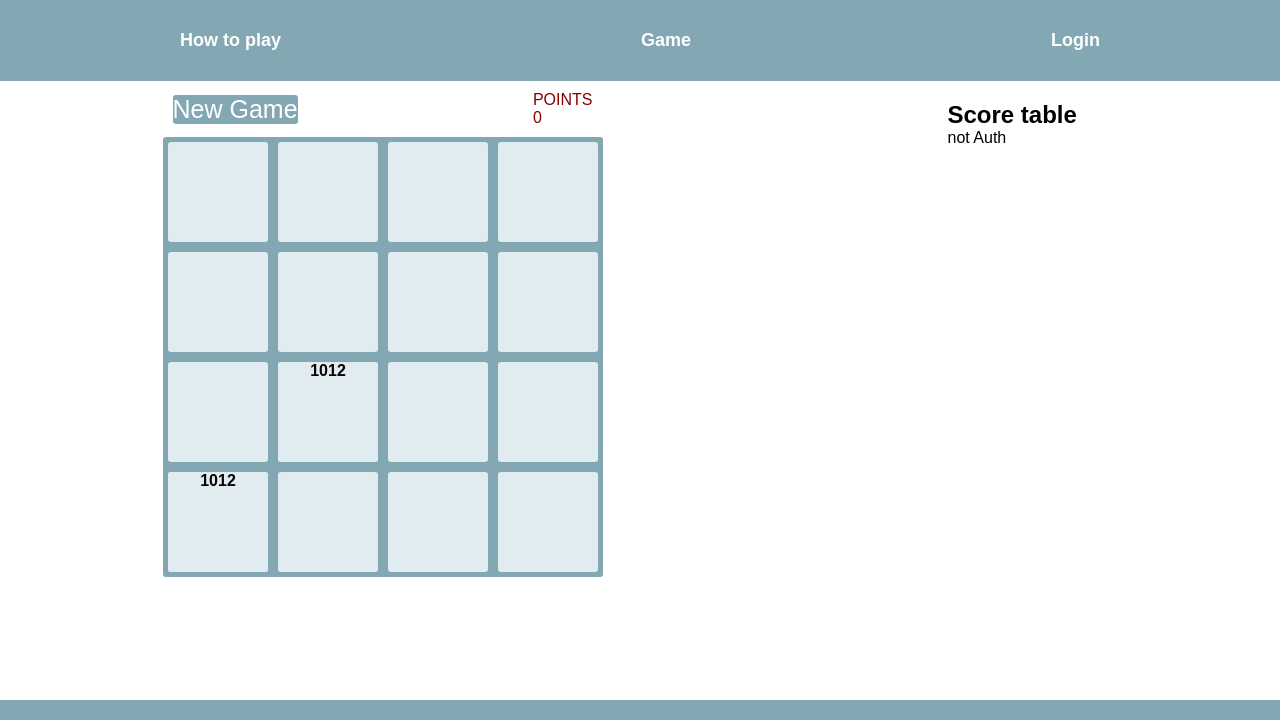
Repository: nika-otter/2048
Page: / (app in client/)
The author's editor kept a copy of each file at every save. The page is drawn from the files as they stood at one save, then again after the next save.
The browser window is 1280 px wide. The pictures show the whole page.
The project was rebuilt for these pictures with package versions that can differ from the ones it lists, and the page was loaded fresh each time. Also part of the build but not shown: client/src/components/Login/LoginForm.js, client/src/pages/account/index.jsx, client/src/components/Game/GameOverlay.jsx, client/src/components/InstructionPage/InstructionPage.module.scss, client/src/components/HowToPlay/howtoplay.module.scss, client/src/components/HowToPlay/howtoplay.jsx, client/src/components/InstructionPage/InstructionPage.jsx, client/src/pages/Instruction/index.jsx and 4 more.

Above is the page before, as saved 2023-05-01 16:52:51.

### client/src/index.js
import React from "react";
import ReactDOM from "react-dom/client";
import "./index.css";
import App from "./App";
import { BrowserRouter } from "react-router-dom";
import Store from "./store/store";

const store = new Store();

export const Context = React.createContext({
  store,
});

const root = ReactDOM.createRoot(document.getElementById("root"));
root.render(
  <Context.Provider value={{ store }}>
    <BrowserRouter>
      <App />
    </BrowserRouter>
  </Context.Provider>
);

### client/src/index.css
* {
  box-sizing: border-box;
  margin: 0;
  padding: 0;
}
#root {
  width: 100vw;
  height: 100%;
}

body {
  /* background-color: #ffffff;
  display: flex;
  justify-content: center;
  align-items: center;*/
  /* height: 100vh; */
  height: 100%;
}
html {
  height: 100%;
}
code {
  font-family: source-code-pro, Menlo, Monaco, Consolas, "Courier New",
    monospace;
}

### client/src/App.js
import { useContext, useEffect, useState } from "react";
import "./App.css";
import LoginForm from "./components/Login/LoginForm";
import AppRouter from "./router/AppRouter";
import { Context } from "./index";
import { observer } from "mobx-react-lite";
import UserService from "./services/UserService";
function App() {
  // const { store } = useContext(Context);
  // const [users, setUsers] = useState([]);
  // useEffect(() => {
  //   if (localStorage.getItem("token")) {
  //     // console.log(localStorage.getItem("token"));
  //     store.checkAuth();
  //   }
  // }, []);

  // if (store.isLoading) {
  //   return <div>Loading...</div>;
  // }
  // async function getUsers() {
  //   try {
  //     const response = await UserService.fetchUsers();
  //     setUsers(response.data);
  //     console.log(response);
  //     setUsers(response.data);
  //   } catch {}
  // }
  return (
    <div className="App">
      <AppRouter />
      {/* <h1>{store.isAuth ? `User: ${store.user.email}` : "Not Auth"}</h1>
      <h1>
        {" "}
        {store.user.isActivated ? `Activated` : "Go and activate your email"}
      </h1>
      <button onClick={() => store.logout()}>Logout</button>
      <button onClick={getUsers}>Get users</button>
      {users.map((user) => (
        <div key={user.email}>{user.email}</div>
      ))}      */}
      {/* <LoginForm /> */}
    </div>
  );
}

export default observer(App);

### client/src/store/store.js
import { makeAutoObservable } from "mobx";
import AuthService from "../services/AuthService";
import axios from "axios";
import { API_URL } from "../http";
import UserService from "../services/UserService";

export default class Store {
  user = {};
  isAuth = false;
  isLoading = false;
  scores = {};
  constructor() {
    makeAutoObservable(this);
  }
  setAuth(bool) {
    this.isAuth = bool;
  }
  setUser(user) {
    this.user = user;
  }

  setLoading(bool) {
    this.isLoading = bool;
  }

  setScores(scores) {
    this.scores = scores;
  }

  async login(email, password) {
    console.log("login");
    try {
      const response = await AuthService.login(email, password);
      console.log(response);
      localStorage.setItem("token", response.data.accessToken);
      this.setAuth(true);
      this.setUser(response.data.user);
      console.log(response.data.user);
    } catch (e) {
      console.log(e.response?.data?.message);
    }
  }

  async registration(email, password) {
    try {
      const response = await AuthService.registration(email, password);
      console.log(response);
      localStorage.setItem("token", response.data.accessToken);
      this.setAuth(true);
      this.setUser(response.data.user);
    } catch (e) {
      console.log(e.response?.data?.message);
    }
  }

  async logout() {
    try {
      const response = await AuthService.logout();
      console.log(response);
      localStorage.removeItem("token", response.data.accessToken);
      this.setAuth(false);
      this.setUser({});
    } catch (e) {
      console.log(e.response?.data?.message);
    }
  }

  async checkAuth() {
    console.log("checkAuth");
    this.setLoading(true);
    try {
      const response = await axios.get(`${API_URL}/refresh`, {
        withCredentials: true,
      });
      console.log(response, "response checkAuth");
      console.log(
        response.data.accessToken,
        "response.data.accessToken checkAuth"
      );
      localStorage.setItem("token", response.data.accessToken);

      this.setAuth(true);
      this.setUser(response.data.user);
    } catch (e) {
      console.log(e.response?.data?.message);
    } finally {
      this.setLoading(false);
    }
  }

  async saveScore(email, score) {
    try {
      const response = await UserService.updateScore(email, score);
      //   this.scores = response.data.user.scores;
      console.log(response.data.user.scores);
    } catch (e) {
      console.log(e.response?.data?.message);
    }
  }
  async getScores(email) {
    this.setLoading(true);
    try {
      const response = await UserService.getScores(email);
      console.log(response, "response getScores store");
      this.setScores(response.data.user.scores);
      //   console.log(response.data.user.scores);
    } catch (e) {
      console.log(e.response?.data?.message);
    } finally {
      // this.setLoading(false);
    }
  }
}

### client/src/App.css
.App {
  /* position: relative; */
  display: flex;
  flex-direction: column;
  height: 100%;
  /* background-color: rgb(188, 121, 39); */
}
/* main {
  flex: 1 0 auto;
} */

### client/src/router/AppRouter.jsx
import { Routes, Route } from "react-router-dom";
import Account from "../pages/Account";
import Game from "../pages/Game";
import Instruction from "../pages/Instruction";
import Login from "../pages/Login";

const AppRouter = () => {
  return (
    <Routes>
      {/* <Route path="/game" element={<Game />} /> */}
      {/* <Route path="/account" element={<Account />} /> */}
      <Route path="/how-to-play" element={<Instruction />} />
      <Route path="/" element={<Game />} />
      <Route path="/login" element={<Login />} />
    </Routes>
  );
};

export default AppRouter;

### client/src/services/UserService.js
import $api from "../http";
export default class UserService {
  static fetchUsers() {
    return $api.get("/users");
  }

  static updateScore(email, score) {
    return $api.post(`/score`, { email, score });
  }

  static async getScores(email) {
    return $api.post(`/scores`, { email });
  }
}

### client/src/services/AuthService.js
import $api from "../http";
export default class AuthService {
  static async login(email, password) {
    return $api.post("/login", { email, password });
  }
  static async registration(email, password) {
    return $api.post("/registration", { email, password });
  }
  static async logout() {
    return $api.post("/logout");
  }
}

### client/src/http/index.js
import axios from "axios";

export const API_URL = "http://localhost:5000/api";

const $api = axios.create({
  withCredentials: true,
  baseURL: API_URL,
});

$api.interceptors.request.use((config) => {
  config.headers.Authorization = `Bearer ${localStorage.getItem("token")}`;
  return config;
});

$api.interceptors.response.use(
  (config) => {
    return config;
  },
  async (error) => {
    const originalRequest = error.config;
    if (
      error.response.status === 401 &&
      error.config &&
      !error.config._isRetry
    ) {
      originalRequest._isRetry = true;
      try {
        const response = await axios.get(`${API_URL}/refresh`, {
          withCredentials: true,
        });
        console.log(response, "response http");
        localStorage.setItem("token", response.data.accessToken);
        return $api.request(originalRequest);
      } catch (e) {
        console.log(e);
        console.log("НЕ АВТОРИЗОВАН");
      }
    }
    throw error;
  }
);
export default $api;

### client/src/pages/Game/index.jsx
import Header from "../../components/Header/Header";
import Footer from "../../components/Footer/Footer";
import GamePage from "../../components/GamePage/GamePage";

function Game() {
  return (
    <>
      <Header />
      <GamePage />
      <Footer />
    </>
  );
}

export default Game;

### client/src/components/Footer/Footer.jsx
import classes from "./Footer.module.scss";

function Footer() {
  return <footer className={classes.footer}></footer>;
}

export default Footer;

### client/src/components/Header/Header.jsx
import { Link } from "react-router-dom";
import classes from "./Header.module.scss";

function Header() {
  return (
    <header className={classes.header}>
      <Link className={classes.link} to="/how-to-play">
        How to play
      </Link>
      <Link className={classes.link} to="/">
        Game
      </Link>
      <Link className={classes.link} to="/login">
        Login
      </Link>
    </header>
  );
}

export default Header;

### client/src/components/GamePage/GamePage.jsx
import { Link } from "react-router-dom";
import classes from "./GamePage.module.scss";
import ScoreTable from "../ScoreTable/ScoreTable";
import BoardView from "../Game/Board";
import { observer } from "mobx-react-lite";
import { useContext, useEffect } from "react";
import { Context } from "../..";

function GamePage() {
  return (
    <main className={classes.main}>
      <div className={classes.gamepage}>
        <BoardView />
        <ScoreTable />
      </div>
    </main>
  );
}

export default observer(GamePage);

### client/src/components/Footer/Footer.module.scss
.footer {
  flex: 0 0 auto;
  height: 20px;
  background-color: rgb(131, 168, 180);
  width: 100%;
}

### client/src/components/Header/Header.module.scss
.header {
  display: flex;
  justify-content: space-around;
  background-color: #83a8b4;
  width: 100%;
}
.link {
  color: white;
  text-decoration: none;
  font-size: large;
  margin-top: 20px;
  margin-bottom: 20px;
  padding: 10px;
  font-weight: bold;
  border-radius: 5px;
  &:hover {
    color: rgb(106, 134, 144);
    background-color: rgb(255, 255, 255);
  }
}

### client/src/components/GamePage/GamePage.module.scss
.gamepage {
  display: flex;
  justify-content: space-around;
  //   background-color: aquamarine;
}
.main {
  flex: 1 0 auto;
}

### client/src/components/ScoreTable/ScoreTable.jsx
import { useContext, useEffect, useState } from "react";
import classes from "./ScoreTable.module.scss";
import { Context } from "../..";
import UserService from "../../services/UserService";
import { observer } from "mobx-react-lite";

function ScoreTable() {
  // const { store } = useContext(Context);
  // const [scores, setScores] = useState([]);

  // useEffect(() => {
  //   if (localStorage.getItem("token")) {
  //     console.log(localStorage.getItem("token"), "token from login index.jsx");
  //     store.checkAuth();
  //     getScores(store.user.email);
  //   }
  //   console.log(store.user.email, "store.user.email in ScoreTable.jsx");
  // }, []);

  // const getScores = async (email) => {
  //   console.log(email, "email in ScoreTable.jsx");
  //   try {
  //     const response = await UserService.getScores(email);
  //     setScores(response.data.scores, "response from getScores ScoreTable.jsx");
  //     console.log(response);
  //   } catch {
  //     console.log("Error");
  //   }
  // };
  // console.log(scores, "store.user in ScoreTable.jsx");

  const { store } = useContext(Context);
  // const [scores, setScores] = useState([]);
  // console.log(store.user.scores, "store.user from login index.jsx");
  useEffect(() => {
    if (localStorage.getItem("token")) {
      console.log(localStorage.getItem("token"), "token from login index.jsx");
      store.checkAuth();
    }
    console.log(store.user.email, "store.user.email in ScoreTable.jsx");
    // getScores(store.user.email);
  }, [store]);

  // async function getScores(email) {
  //   console.log(email, "email from getScores");
  //   try {
  //     const response = await UserService.getScores(email);
  //     // setUsers(response.data);
  //     console.log(response, "response from getScores");
  //     // console.log(response.data.data.user.scores, "response.data.user.scores");
  //     // setScores(response.data.scores);
  //   } catch (e) {
  //     console.log(e, "Error");
  //   }
  // }
  if (store.isLoading) {
    console.log(store.isLoading, "store.isLoading");
    return <div className={classes.loading}>Loading...</div>;
  }
  return (
    <div className={classes.scoretable}>
      <h2>Score table</h2>
      {/* <button onClick={() => getScores(store.user.email)}>Get scores</button> */}
      {/* {store.isAuth ? (
        scores.map((score) => <div key={score}>{score}</div>)
      ) : (
        <div>loading</div>
      )} */}
      <ul>
        {store.isAuth ? (
          store.user.scores
            .map((score) => ({
              score,
              id: Math.random(),
            }))
            .sort((a, b) => b.score - a.score)
            .slice(0, 10)
            .map((item) => <li key={item.id}>{item.score}</li>)
        ) : (
          <div>not Auth</div>
        )}
      </ul>

      {/* <button onClick={getScores}>dddmdmd</button> */}

      {/* {scores.map((score) => (
        <div>{score}</div>
      ))} */}
    </div>
  );
}

export default observer(ScoreTable);

### client/src/components/Game/Board.jsx
import React, { useContext, useEffect, useState } from "react";
import Tile from "./Tile";
import Cell from "./Cell";
import { Board } from "../../helper";
import useEvent from "../../hooks/useEvent";
import GameOverlay from "./GameOverlay";
import "./Board.scss";
import { Context } from "../..";
import UserService from "../../services/UserService";
const BoardView = () => {
  const { store } = useContext(Context);
  const [board, setBoard] = useState(new Board());

  // useEffect(() => {
  //   const checkAuth = async () => {
  //     if (localStorage.getItem("token")) {
  //       console.log(localStorage.getItem("token"), "token from login index.jsx");
  //       await store.checkAuth();
  //     }
  //   };
  //   checkAuth();
  //   console.log(store.user.email, "store.user.email in ScoreTable.jsx");
  //   // getScores(store.user.email);
  // }, [resetGame]);

  const handleKeyDown = (event) => {
    if (board.hasWon()) {
      return;
    } //потім вернути треба

    if (event.keyCode >= 37 && event.keyCode <= 40) {
      let direction = event.keyCode - 37;
      let boardClone = Object.assign(Object.create(board), board);
      // let boardClone = Object.assign(
      //   Object.create(Object.getPrototypeOf(board)),
      //   board
      // ); // теж саме що і вище
      let newBoard = boardClone.move(direction);
      setBoard(newBoard);
    }
  };

  useEvent("keydown", handleKeyDown);

  const cells = board.cells.map((row, rowIndex) => {
    return (
      <div key={rowIndex}>
        {row.map((col, colIndex) => {
          return <Cell key={rowIndex * board.size + colIndex} />;
        })}
      </div>
    );
  }); //робить клітинки нічого серйозного

  const tiles = board.tiles
    .filter((tile) => tile.value !== 0)
    .map((tile, index) => {
      return <Tile tile={tile} key={index} />;
    });

  const saveScore = async (email, score) => {
    try {
      const response = await UserService.updateScore(email, score);
      console.log(response, "response from saveScore ");
    } catch {
      console.log("Error");
    }
  };
  const resetGame = async () => {
    console.log(
      store.user.email,
      board.score,
      "store.user.email board.score from BoardView.jsx"
    );
    if (board.score > 0) {
      await saveScore(store.user.email, board.score);
      store.checkAuth();
    }
    setBoard(new Board());
  };

  return (
    <div>
      <div className="details-box">
        <div className="resetButton" onClick={resetGame}>
          New Game
        </div>
        <div className="score-box">
          <div className="score-header">POINTS</div>
          <div>{board.score}</div>
        </div>
      </div>
      <div className="board">
        {cells}
        {tiles}
        <GameOverlay onRestart={resetGame} board={board} />
      </div>
    </div>
  );
};

export default BoardView;

### client/src/components/ScoreTable/ScoreTable.module.scss
.scoretable {
  margin: 20px;
  width: 150px;
}
.loading {
  width: 150px;
  margin: 20px;
}

### client/src/components/Game/Tile.jsx
import React from "react";
// import classes from "./Board.scss";
import "./Board.scss";
// import "./styles.scss";

const Tile = ({ tile, id }) => {
  console.log("tile");
  let classArray = ["tile"];
  classArray.push("tile" + tile.value);
  if (!tile.mergedInto) {
    classArray.push(`position_${tile.row}_${tile.column}`);
  }
  if (tile.mergedInto) {
    classArray.push("merged");
  }
  if (tile.isNew()) {
    classArray.push("new");
  }

  if (tile.hasMoved()) {
    classArray.push(`row_from_${tile.fromRow()}_to_${tile.toRow()}`);
    classArray.push(`column_from_${tile.fromColumn()}_to_${tile.toColumn()}`);
    classArray.push("isMoving");
  }
  //   if (tile.isRandom()) {
  //     classArray.push("random");
  //   }

  let styles = classArray.join(" ");
  return <span className={styles}>{tile.value}</span>;
};

export default Tile;

### client/src/components/Game/Cell.jsx
import React from "react";

const Cell = ({ id }) => {
  return <span className="cell"></span>;
};

export default Cell;

### client/src/hooks/useEvent.jsx
import { useEffect } from "react";

export default function useEvent(event, handler, passive = false) {
  useEffect(() => {
    window.addEventListener(event, handler, passive);

    return function cleanUp() {
      window.removeEventListener(event, handler, passive);
    };
  });
}

### client/src/components/Game/Board.scss
// @font-face {
//   font-family: "Clear Sans";
//   src: url("../src/clear-sans.ttf") format("truetype");
// }

body {
  display: flex;
  //   background: rgb(2,0,36);
  // background: linear-gradient(90deg, rgba(2,0,36,1) 0%, rgba(87,64,124,1) 47%, rgba(0,212,255,1) 100%);
  //   color: white;
  // flex-direction: column;
  // justify-content: center;
  // align-content: center;
  // align-items: center;
  font-family: "Clear Sans", sans-serif;
  // font-size: 21px;
}

.text {
  // order: 2;
  // padding-top: 40px;
  // width: 440px;
  // font-weight: bold;
}
// main {
//   min-height: 90vh;
// }

// .wrapper {
//   display: flex;
//   flex-direction: column;
//   height: 100%;
// }
// .content {
//   flex: 1 0 auto;
// }
// .footer {
//   flex: 0 0 auto;
// }

.board {
  // order: 1;
  // display: inline-block;

  display: block;
  // justify-content: center;
  margin-left: auto;
  margin-right: auto;
  width: 440px;
  height: 440px;
  // padding: 5px; //вернути треба
  background-color: rgb(131, 168, 180);
  border-radius: 3px;
  // outline: none;
  position: relative;
}

// .board .cell,
// .tile {
//   // user-select: none;
//   // cursor: default;
// }

.details-box {
  display: flex;
  align-items: center;
  padding: 10px;
  justify-content: space-between;
}

.resetButton {
  background-color: rgb(131, 168, 180);
  color: rgb(255, 255, 255);
  cursor: pointer;
  font-size: 25px;
  // padding: 10px 20px;
  border-radius: 3px;
  transition: color 0.3s ease, background-color 0.3s ease;
  &:hover {
    background-color: rgb(131, 168, 180);
    color: rgba(255, 255, 255, 1);
  }
}

.score-header {
  font-size: 1rem;
}

.score-box {
  background-color: rgb(131, 168, 180) 6;
  color: rgb(129, 2, 2);
  // min-width: 50px;
  // width: 70px;
  // padding: 5px 15px;
  border-radius: 3px;
}

.cell,
.tile {
  // display: inline-block;
  width: 100px;
  height: 100px;
  margin: 5px;
  // line-height: 90px;
  display: inline-block;
  // font-size: 50px;
  font-weight: bold;
  text-align: center;
  vertical-align: middle;
  border-radius: 3px;
  // font-family: "Clear Sans";
  color: rgb(8, 4, 4);
  background-color: rgb(224, 236, 240);
}

.tile0 {
  background-color: rgb(238, 247, 249);
}

.tile2 {
  background-color: rgb(224, 240, 245);
  // background-image: url(./assets/img/2.gif);
}

.tile4 {
  background-color: rgb(199, 221, 228);
  // background-image: url(./assets/img/4.gif);
}

.tile8 {
  background-color: rgb(187, 212, 220);
  // background-image: url(./assets/img/8.gif);
}

.tile16 {
  background-color: rgb(171, 195, 203);
  // background-image: url(./assets/img/16.gif);
}

.tile32 {
  background-color: rgb(140, 165, 174);
  // background-image: url(./assets/img/32.gif);
}

.tile64 {
  background-color: rgb(116, 144, 153);
  // background-image: url(./assets/img/64.gif);
}

.tile128 {
  background-color: rgb(98, 125, 134);
  // background-image: url(./assets/img/128.gif);
}

.tile256 {
  background-color: rgb(71, 91, 98);
  // background-image: url(./assets/img/256.gif);
  font-size: 45px;
}

.tile512 {
  background-color: rgb(45, 68, 75);
  // background-image: url(./assets/img/512.gif);
  font-size: 45px;
}

.tile1024 {
  background-color: rgb(40, 68, 78);
  // background-image: url(./assets/img/1024.gif);
  font-size: 35px;
}

.tile2048 {
  position: absolute;
  background-size: contain;
  left: 0;
  right: 0;
  top: 0;
  bottom: 0;
  padding: 0px;
  background-color: rgb(12, 42, 52);
  // background-image: url(./assets/img/2048.gif);
  font-size: 35px;
}

.try-again {
  z-index: 10;
  height: 100px;
  width: 100px;
  // background-image: url(./assets/img/try-again.gif);
}

.tile {
  position: absolute;
}

.tile.merged {
  display: none;
}

// .tile.merged.isMoving {
//   display: inline;
// }

.tile.new {
  animation-duration: 0.3s;
  animation-name: newTile;
  animation-fill-mode: forwards;
  // animation-delay: 0.15s;
  transform: scale(0);
}
// .tile.random {
//   animation-duration: 3s;
//   animation-name: newTile;
//   animation-fill-mode: forwards;
//   // animation-delay: 0.15s;
//   transform: scale(0);
// }

@keyframes newTile {
  from {
    transform: scale(0);
  }
  to {
    transform: scale(1);
  }
}

// .overlay {
//   position: absolute;
//   top: 0px;
//   bottom: 0px;
//   display: flex;
//   flex-direction: column;
//   align-items: center;
//   justify-content: center;
//   text-align: center;
//   left: 0px;
//   right: 0px;
//   font-size: 55px;
//   font-weight: bolder;
//   border-radius: 7px;
// }

// .tryAgain {
//   background-color: #876;
//   color: #fff;
//   height: 40px;
//   width: 200px;
//   font-size: 20px;
//   font-weight: bold;
//   cursor: pointer;
//   border: none;
//   border-radius: 5px;
//   border: 2px solid white;
// }

// .gameOver {
//   background-size: contain;
//   background-image: url(./assets/img/game-over.gif);
//   position: absolute;
//   top: 0;
//   right: 0;
//   bottom: 0;
//   left: 0;
//   z-index: 100;
//   text-align: center;
// }

.overlay .message {
  color: #666;
}

@for $row from 0 through 3 {
  @for $column from 0 through 3 {
    .position_#{$row}_#{$column}:not(.isMoving) {
      top: 110px * $row;
      left: 110px * $column;
    }
  }
}

@for $fromRow from 0 through 3 {
  @for $toRow from 0 through 3 {
    $name: row_from_#{$fromRow}_to_#{$toRow};

    @if $fromRow == $toRow {
      .#{$name} {
        top: 110px * $toRow;
      }
    } @else {
      .#{$name} {
        animation-duration: 0.2s;
        animation-name: $name;
        animation-fill-mode: forwards;
      }

      @keyframes #{$name} {
        from {
          top: 110px * $fromRow;
        }
        to {
          top: 110px * $toRow;
        }
      }
    }
  }
}

@for $fromColumn from 0 through 3 {
  @for $toColumn from 0 through 3 {
    $name: column_from_#{$fromColumn}_to_#{$toColumn};

    @if $fromColumn == $toColumn {
      .#{$name} {
        left: 110px * $toColumn;
      }
    } @else {
      .#{$name} {
        animation-duration: 0.2s;
        animation-name: $name;
        animation-fill-mode: forwards;
      }

      @keyframes #{$name} {
        from {
          left: 110px * $fromColumn;
        }
        to {
          left: 110px * $toColumn;
        }
      }
    }
  }
}

Loaded but not shown: client/public/index.html (common file); client/src/helper/index.js (231 lines, source omitted)

After the next save:
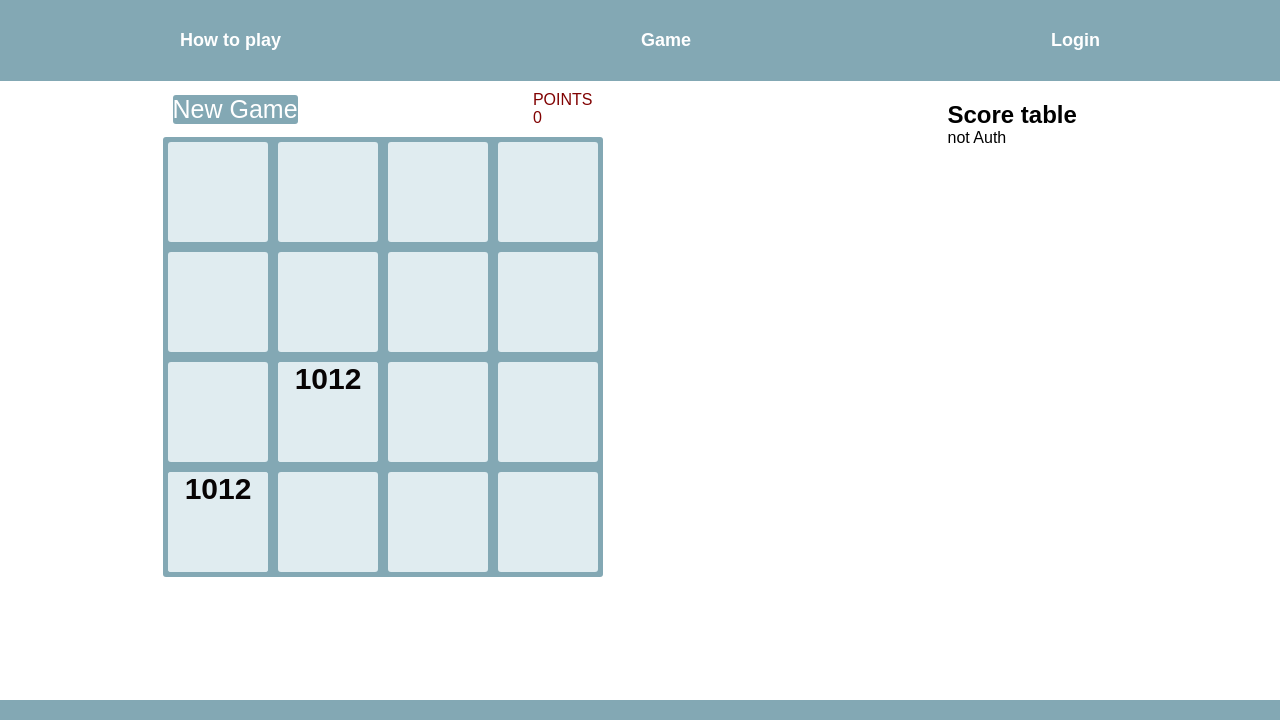
Saved 32 s later.
--- a/client/src/components/Game/Board.scss
+++ b/client/src/components/Game/Board.scss
@@ -103,7 +103,7 @@ body {
   margin: 5px;
   // line-height: 90px;
   display: inline-block;
-  // font-size: 50px;
+  font-size: 30px;
   font-weight: bold;
   text-align: center;
   vertical-align: middle;
